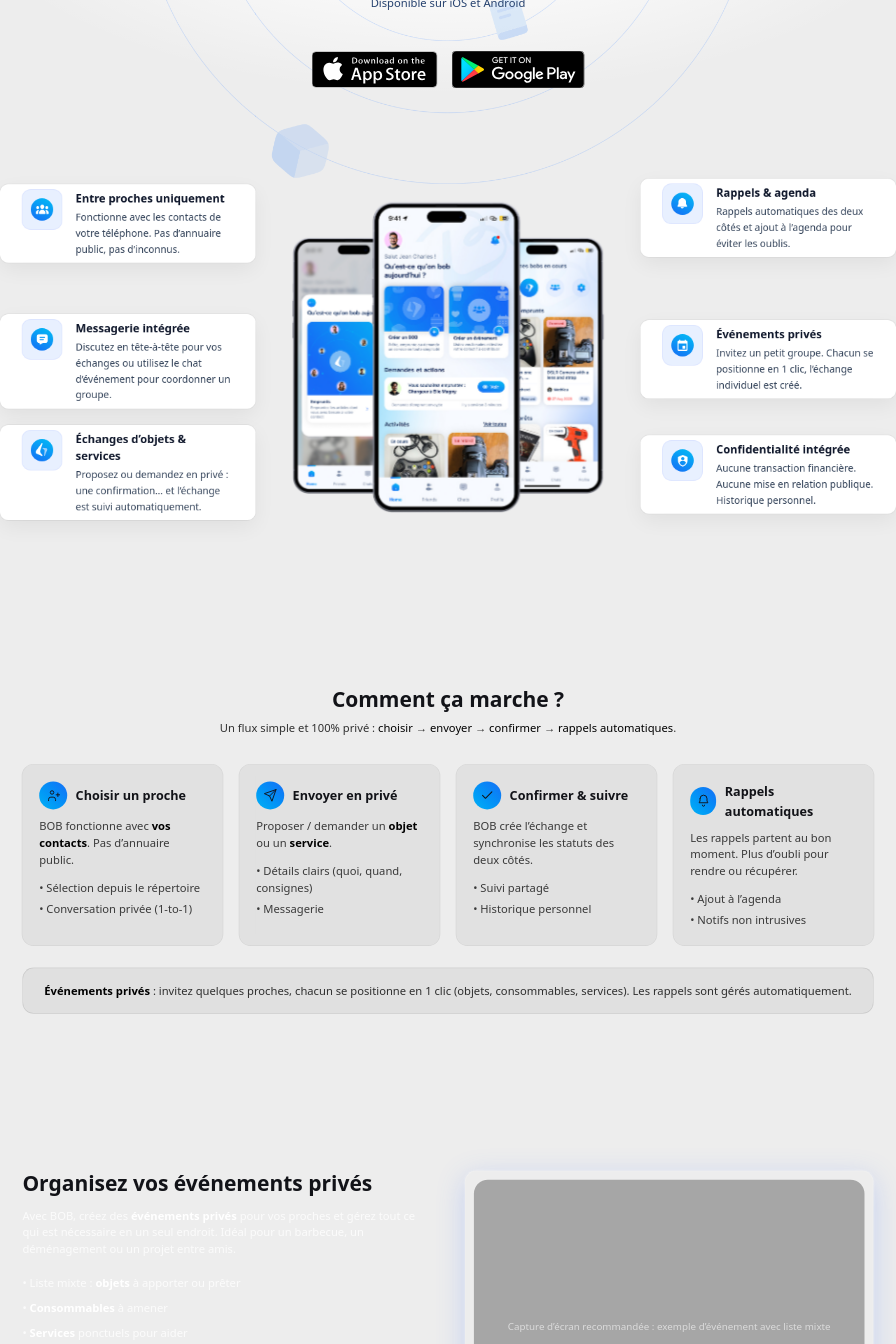
Repository: JeanCharlesMEILLAND/new-bob
Page: /
The author's editor kept a copy of each file at every save. The page is drawn from the files as they stood at one save, then again after the next save.
The browser window is 1280 px wide. The pictures show the part of the page from y = 486 to 2406 px (the page is 3267 px tall before and 3287 px after), at 70% of full size.
The page's requests for data from a server got no answer. The project was rebuilt for these pictures with package versions that can differ from the ones it lists, and the page was loaded fresh each time. The framework's server and built-in components were replaced by stand-ins that run in the browser. No one was signed in, and anything a server would have sent is missing. Also part of the build but not shown: next.config.ts.

Above is the page before, as saved 2025-08-12 21:27:24.

After the next save:
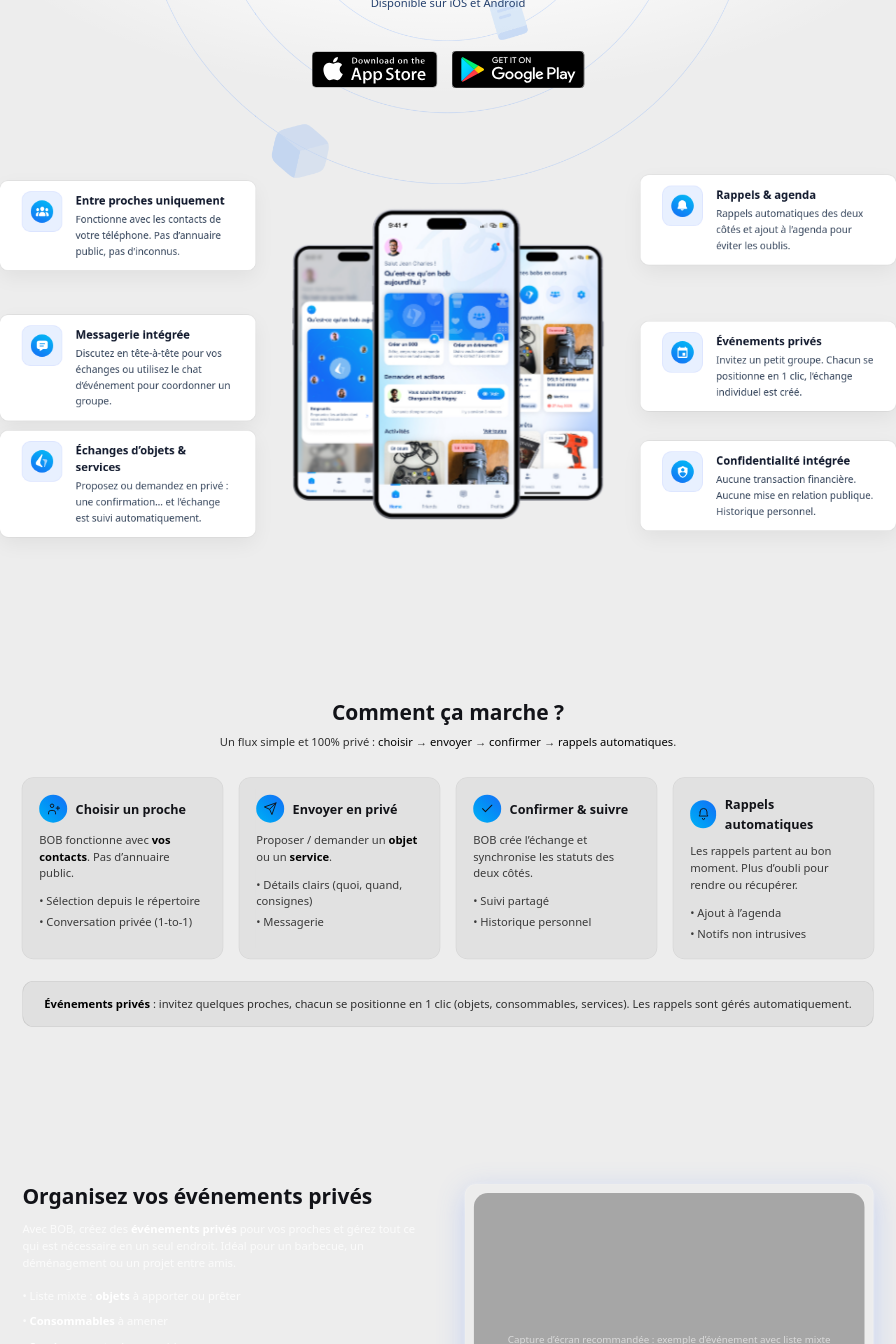
Saved 10 s later.
--- a/src/components/FeaturesCard.tsx
+++ b/src/components/FeaturesCard.tsx
@@ -24,7 +24,7 @@
         className={clsx(
           // Base carte rectangulaire large
           'rounded-xl bg-white text-slate-900 ring-1 ring-black/5 shadow-[0_10px_30px_rgba(0,0,0,0.06)]',
-          'px-8 py-2 flex items-start gap-5 transition-transform will-change-transform',
+          'px-8 py-4 flex items-start gap-5 transition-transform will-change-transform',
           'min-w-[340px] max-w-[400px]',
           // hover toujours effectif (animation sur wrapper)
           'hover:-translate-y-1',
